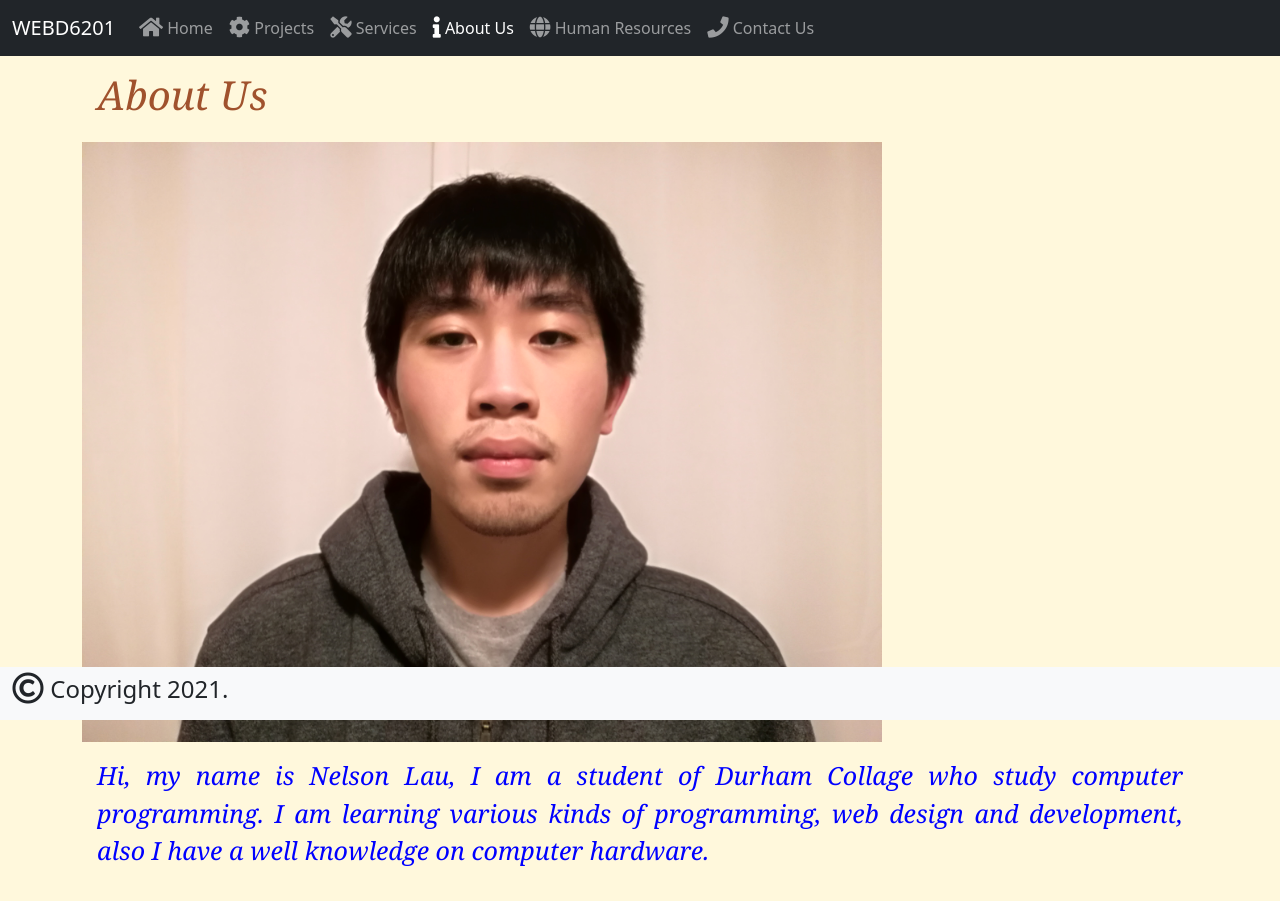
Repository: YiuWingLau/WEBD6201-W2021-Lab1
Page: about.html
The author's editor kept a copy of each file at every save. The page is drawn from the files as they stood at one save, then again after the next save.
The browser window is 1280 px wide. The pictures show the whole page.

Above is the page before, as saved 2021-02-05 03:12:01.

### about.html
<!DOCTYPE html>
<html lang="en">
<head>
    <meta charset="UTF-8">
    <meta name="viewport" content="width=device-width, initial-scale=1.0">
    <title>About</title>

    <!--CSS Section -->
    <link rel="stylesheet" href="./node_modules/bootstrap/dist/css/bootstrap.min.css">
    <link rel="stylesheet" href="./node_modules/@fortawesome//fontawesome-free/css/all.min.css">
    <link rel="stylesheet" href="./Content/app.css">
</head>
<body>
    <!-- Main Header-->
    <header>
      <!-- Main Navigation-->
      <nav class="navbar navbar-expand-lg navbar-dark bg-dark">
          <div class="container-fluid">
            <a class="navbar-brand" href="index.html">WEBD6201</a>
            <button class="navbar-toggler" type="button" data-bs-toggle="collapse" data-bs-target="#navbarSupportedContent" aria-controls="navbarSupportedContent" aria-expanded="false" aria-label="Toggle navigation">
              <span class="navbar-toggler-icon"></span>
            </button>
            <div class="collapse navbar-collapse" id="navbarSupportedContent">
              <ul class="navbar-nav me-auto mb-2 mb-lg-0">

                <li id="navBarIndex" class="nav-item">
                  <a class="nav-link" aria-current="page" href="index.html"><i class="fas fa-home fa-lg"></i> Home</a>
                </li>

                <li id="navBarProjects" class="nav-item">
                  <a class="nav-link" aria-current="page" href="products.html"><i class="fas fa-cog fa-lg"></i> Products</a>
                </li>

                <li id="navBarServices" class="nav-item">
                  <a class="nav-link" aria-current="page" href="services.html"><i class="fas fa-tools fa-lg"></i> Services</a>
                </li>

                <li id="navBarAboutUs" class="nav-item">
                  <a class="nav-link active" aria-current="page" href="about.html"><i class="fas fa-info fa-lg"></i> About Us</a>
                </li>

                <li id="navBarContactUs" class="nav-item">
                  <a class="nav-link" aria-current="page" href="contact.html"><i class="fas fa-phone fa-lg"></i> Contact Us</a>
                </li>

              </ul>
            </div>
          </div>
      </nav>
    </header>

    <!-- Main Content -->
    <main class="container">
        <h1>About Us</h1>
    </main>

    <!-- Main Footer -->
    <footer>
        <nav class="navbar fixed-bottom navbar-light bg-light">
            <div class="container-fluid">
              <h4><i class="far fa-copyright fa-lg"></i> Copyright 2021.</a></h4>
            </div>
        </nav>
    </footer>
    <!-- JavaScript Section -->
    <script src="./node_modules/jquery/dist/jquery.min.js"></script>
    <script src="./node_modules/bootstrap/dist/js/bootstrap.bundle.min.js"></script>
    <script src="./Scripts/app.js"></script>
</body>
</html>

### Content/app.css
h1 {
    padding: 15px;
    color: sienna;
    font-family: Cambria, Cochin, Georgia, Times, 'Times New Roman', serif;
    font-style: italic;
}

h3 {
    padding: 15px;
    color: darkgreen;
    font-family: Cambria, Cochin, Georgia, Times, 'Times New Roman', serif;
    font-style: italic;
    text-align: justify;
}

p {
    padding: 15px;
    color: blue;
    font-family:Cambria, Cochin, Georgia, Times, 'Times New Roman', serif;
    font-style: italic;
    font-size: 25px;
    text-align: justify;
}

body {
    background-color: cornsilk;
}

#homeImage {
    width: 1200px;
    height: 600px;
}

#myImage {
    width: 800px;
    height: 600px;
}

#favImage {
    width: 350px;
    height: 250px;
}

### Scripts/app.js
/* custom JavaScript goes here */

//IIFE - Immediately Invoked Function Expression
//AKA - Anonymous Self-Executing Function
//Closure - limits scope leak

"use strict";

(function()
{
    function displayHome()
    {
      // create heading element
      let homeHeading = document.createElement("h1");
      // configure the element
      homeHeading.setAttribute("id", "homeHeading");
      homeHeading.textContent = "Welcome to WEBD6201";
      // select the parent element
      let mainContent = document.getElementsByTagName("main")[0];
      // Add / Insert the element
      mainContent.appendChild(homeHeading);

      // create the background image to the home page
      let homeBackground = document.createElement("img");
      homeBackground.setAttribute("id", "homeImage");
      homeBackground.setAttribute("src", "./images/homeBackground.jpg");
      homeBackground.setAttribute("alt", "Computer Programmer");
      mainContent.appendChild(homeBackground);

      // add paragraph to the home page
      let homeParagraph = document.createElement("p");
      homeParagraph.setAttribute("id", "homeParagraph");
      homeParagraph.textContent = "We provide the best programming service for you...";
      mainContent.appendChild(homeParagraph);
    }

    function displayAbout()
    {
      // add my picture to About Us page
      let myPicture = document.createElement("img");
      myPicture.setAttribute("id", "myImage");
      myPicture.setAttribute("src", "./images/nelson.jpg");
      myPicture.setAttribute("alt", "Nelson Lau");
      myPicture.setAttribute("width", "192");
      myPicture.setAttribute("height", "108");

      // add paragraph to the About Us page
      let ParagraphOne = document.createElement("p");
      ParagraphOne.setAttribute("id", "myIntro");
      ParagraphOne.textContent = "Hi, my name is Nelson Lau, I am a student of Durham Collage who study computer programming. I am learning various kinds of programming, web design and development, also I have a well knowledge on computer hardware.";
      let mainContent = document.getElementsByTagName("main")[0];
      mainContent.appendChild(myPicture);
      mainContent.appendChild(ParagraphOne);
      ParagraphOne.className = "fs-lg";

    }

    function displayProjects()
    {
      // create and add heading to Projects page
      let projectHeading = document.createElement("h1");
      projectHeading.setAttribute("id", "projectHeading");
      projectHeading.textContent = " My favourite projects";
      let mainContent = document.getElementsByTagName("main")[0];
      mainContent.appendChild(projectHeading);

      // create table for favorite projects details
      let project = document.createElement("table");
      project.setAttribute("id", "project");
      mainContent.appendChild(project);

      // create & insert 1st favorite project detail
      let projectOne = document.createElement("tr");
      projectOne.setAttribute("id", "projectOne");
      projectOne.innerHTML = `<td><img id="favImage" src="./images/hardware.jpg" alt="computer hardware"></td>
                              <td><h3> Computer System Hardware</h3><p> Through this project I learn how to identify and describe computer components and peripherals and how to build and troubleshoot systems from a hardware perspective. </p></td>`;
      project.appendChild(projectOne);

      // create & insert 2nd favorite project detail
      let projectTwo = document.createElement("tr");
      projectTwo.setAttribute("id", "projectTwo");
      projectTwo.innerHTML = `<td><img id="favImage" src="./images/mainframe.jpg" alt="mainframe development"></td>
                              <td><h3> Mainframe Development</h3><p> This project uses COBOL programming language for application programs and systems for Mainframe computing. It provides us with a foundation in problem analysis, program design and implementation that can be applied in a variety of programming situations and languages.</p></td>`;
      project.appendChild(projectTwo);

      // create & insert 2nd favorite project detail
      let projectThree = document.createElement("tr");
      projectThree.setAttribute("id", "projectThree");
      projectThree.innerHTML = `<td><img id="favImage" src="./images/networking.jpg" alt="computer networking"></td>
                                <td><h3> Web Development</h3><p> Created server-side web applications using the PHP scripting language and achieved database functionality with performing SQL queries running on the server.</p></td>`;
      project.appendChild(projectThree);
    }

    function displayHumanResources()
    {
      // create and add heading to Human Resources page
      let humanResHeading = document.createElement("h1");
      humanResHeading.setAttribute("id", "humanResHeading");
      humanResHeading.textContent = " Welcome to Human Resources";
      let mainContent = document.getElementsByTagName("main")[0];
      mainContent.appendChild(humanResHeading);
    }

    function displayServices()
    {
      // create and add heading to Services page
      let serviceHeading = document.createElement("h1");
      serviceHeading.setAttribute("id", "projectHeading");
      serviceHeading.textContent = " Our services";
      let mainContent = document.getElementsByTagName("main")[0];
      mainContent.appendChild(serviceHeading);

      // create favorite service element div tag
      let service = document.createElement("table");
      //service.setAttribute("class", "container");
      service.setAttribute("id", "service");
      mainContent.appendChild(service);

      // create & insert 1st favorite service detail
      let serviceOne = document.createElement("tr");
      //serviceOne.setAttribute("class", "row");
      serviceOne.setAttribute("id", "serviceOne");
      serviceOne.innerHTML = `<td><img id="favImage" src="./images/hardware.jpg" alt="computer hardware"></td>
                              <td><p> We have a great knowledge on assembling a computer. We will use the best hardware component to meet your needs. And we have the best team to provide maintenance service for you.</p></td>`;
      service.appendChild(serviceOne);

      // create & insert 2nd favorite service detail
      let serviceTwo = document.createElement("tr");
      //serviceTwo.setAttribute("class", "row");
      serviceTwo.setAttribute("id", "serviceTwo");
      serviceTwo.innerHTML = `<td><img id="favImage" src="./images/mainframe.jpg" alt="mainframe development"></td>
                              <td><p> We develop various kind of softwares for mainframe systems.</p></td>`;
      service.appendChild(serviceTwo);

      // create & insert 2nd favorite service detail
      let serviceThree = document.createElement("tr");
      //serviceThree.setAttribute("class", "row");
      serviceThree.setAttribute("id", "serviceThree");
      serviceThree.innerHTML = `<td><img id="favImage" src="./images/networking.jpg" alt="computer networking"></td>
                                <td><p> We can help with constructing network for your company. We are good at web design and development of web pages that fit your need.</p></td>`;
      service.appendChild(serviceThree);
    }

    function displayContact()
    {
        let messageArea = document.getElementById("messageArea");
        messageArea.hidden = true;

        // form validation
        let fullName = document.getElementById("fullName");
        fullName.addEventListener("blur", function() {
            if(fullName.value.length < 2)
            {
                fullName.focus();
                fullName.select();
                messageArea.hidden = false;
                messageArea.className = "alert alert-danger";
                messageArea.textContent = "Please enter an appropriate Name";
            }
            else
            {
                messageArea.removeAttribute("class");
                messageArea.hidden = true;
            }
        });

        // return to Home page when submit button is kick
        let sendButton = document.getElementById("sendButton");
        sendButton.addEventListener("click", function(event){

            window.location = "./index.html";

        });
    }

    // function to correct the wrong link and text content in navigation bar
    function changeNavBarName()
    {
        let navName = document.getElementById("navBarProjects");
        navName.innerHTML = `<a class='nav-link' aria-current='page' href='projects.html'><i class="fas fa-cog fa-lg"></i> Projects</a>`;
    }

    // function to add Human Resource element to Nav Bar between About Us and Contact Us
    function addNewNavBarElement()
    {
        //create new element Human Resources
        let newListElement = document.createElement("li");
        newListElement.setAttribute("id", "navBarHumanResources");
        newListElement.setAttribute("class", "nav-item");
        newListElement.innerHTML = `<a class='nav-link' aria-current='page' href='Human-Resources.html'><i class="fas fa-globe fa-lg"></i> Human Resources</a>`;
        // append new element after About Us
        let aboutUsListElement = document.getElementById("navBarAboutUs");
        aboutUsListElement.after(newListElement);
    }

    function Start()
    {
        console.log("App Started...");

        changeNavBarName();

        addNewNavBarElement();

        switch (document.title)
        {
          case "Home":
              displayHome();
            break;
          case "About":
              displayAbout();
            break;
          case "Projects":
              displayProjects();
            break;
          case "Human Resources":
              displayHumanResources();
            break;
          case "Services":
              displayServices();
            break;
          case "Contact":
              displayContact();
            break;
          case "Contact-List":
            displayContactList();
          break;
        }

    }

    window.addEventListener("load", Start);

})();

Loaded but not shown: node_modules/bootstrap/dist/css/bootstrap.min.css (library); node_modules/@fortawesome/fontawesome-free/css/all.min.css (library); node_modules/jquery/dist/jquery.min.js (library); node_modules/bootstrap/dist/js/bootstrap.bundle.min.js (library)

After the next save:
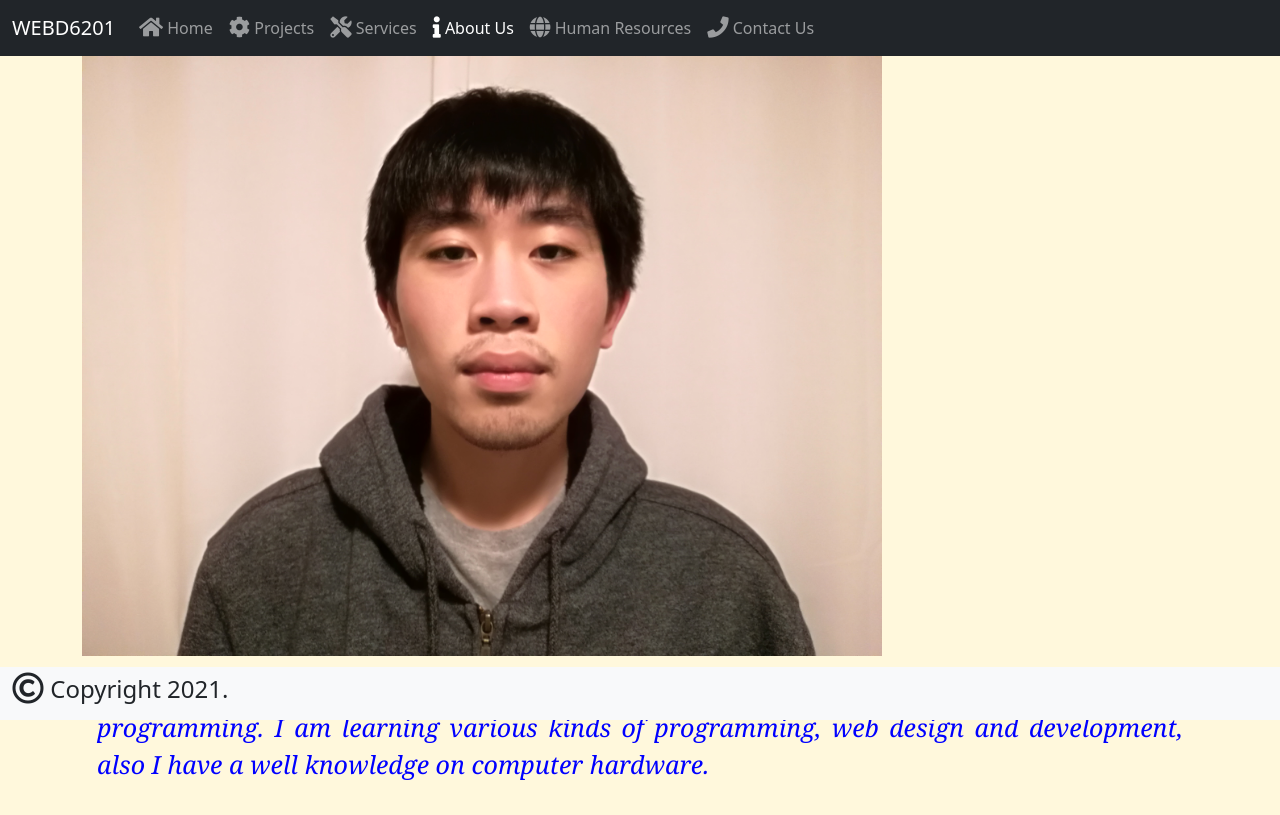
Saved 18 h 56 min later.
--- a/about.html
+++ b/about.html
@@ -51,7 +51,7 @@
 
     <!-- Main Content -->
     <main class="container">
-        <h1>About Us</h1>
+
     </main>
 
     <!-- Main Footer -->

After the save that followed:
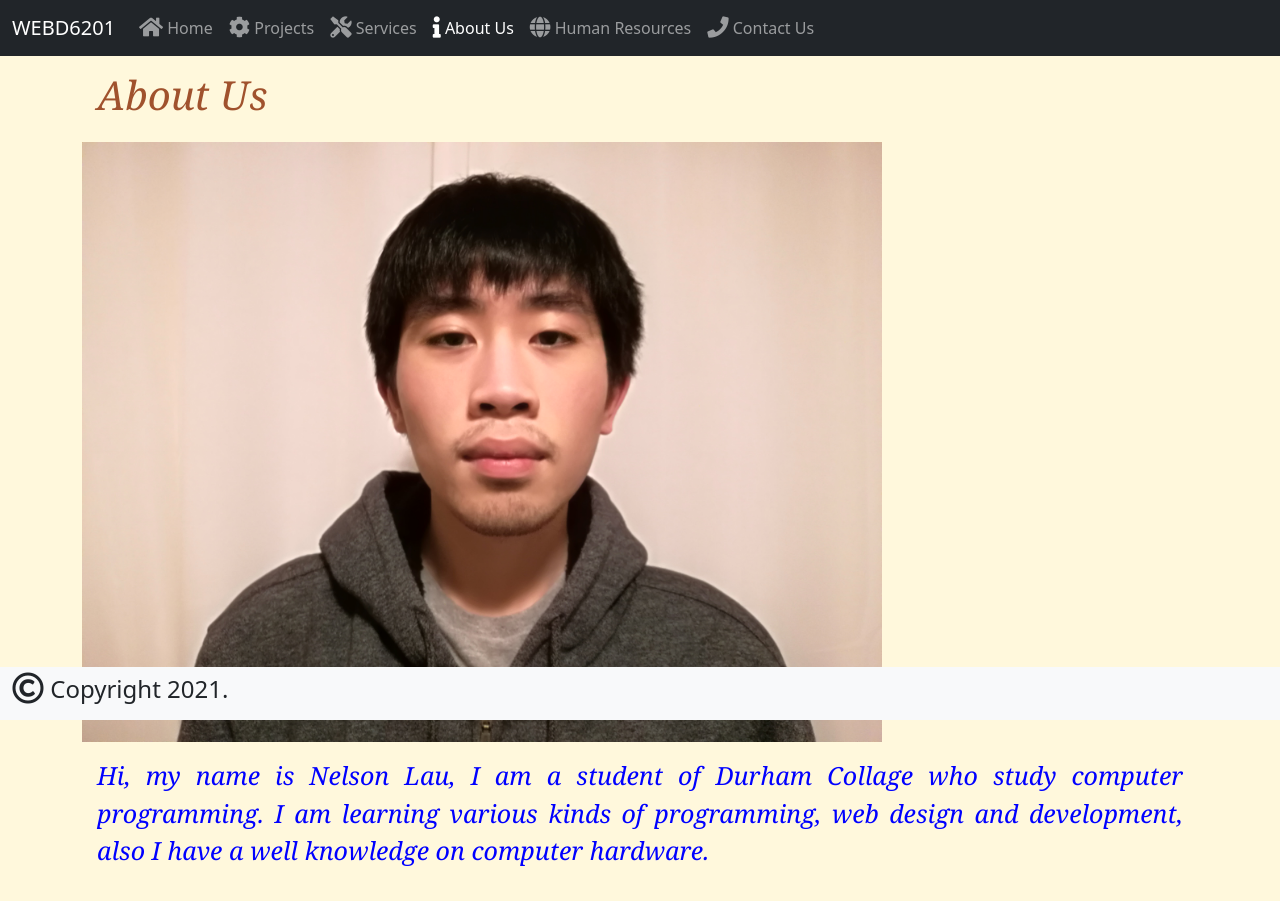
Saved 38 s later.
--- a/about.html
+++ b/about.html
@@ -51,7 +51,7 @@
 
     <!-- Main Content -->
     <main class="container">
-
+        <h1>About Us</h1>
     </main>
 
     <!-- Main Footer -->
